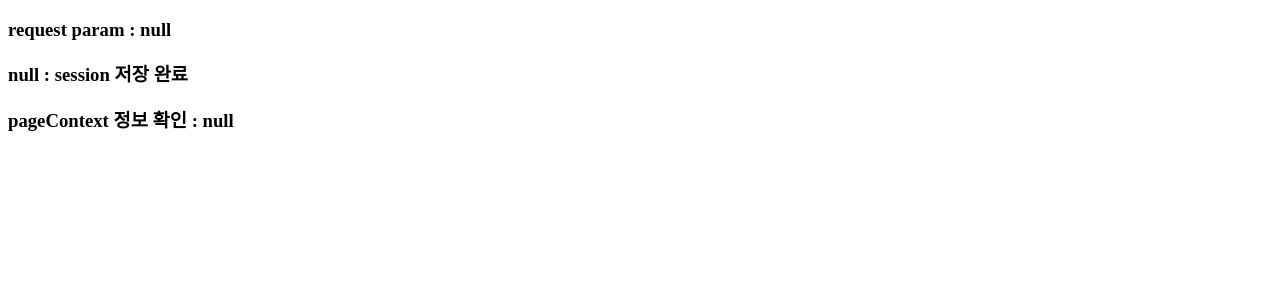
Repository: gitgw016/jsp
Page: http://localhost/09_scope/attrTest2.jsp
These files come from the project's save history. The page is drawn as it stood at one moment and after the next save; the edit follows.
The browser window is 1280 px wide. The pictures show the whole page.
The page is served by Tomcat 9.

Above is the page before, as saved 2021-12-08 06:50:31.

After the next save:
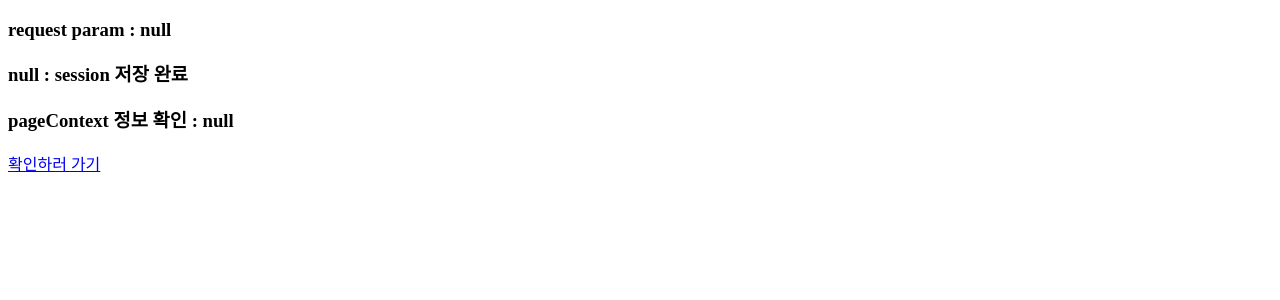
Saved 62 s later.
--- a/09_scope/src/main/webapp/attrTest2.jsp
+++ b/09_scope/src/main/webapp/attrTest2.jsp
@@ -13,7 +13,9 @@
 		session.setAttribute("email", email);
 	%>
 	<h3>request param : <%=email%></h3>
+	<!-- session은 브라우저가 종료할때까지 존재, 브라우저 종료시 제거-->
 	<h3><%=session.getAttribute("email") %> : session 저장 완료</h3>
 	<h3>pageContext 정보 확인 : <%=pageContext.getAttribute("pageContextId") %></h3>
+	<a href="attrTest3.jsp">확인하러 가기</a>
 </body>
 </html>
